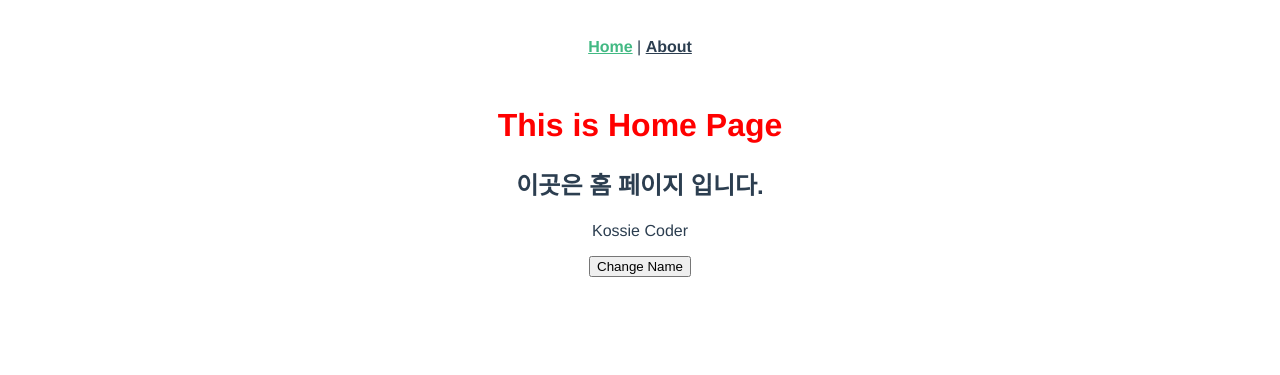
Repository: RyuGeunHwan/code_J
Page: / (app in vue-props/)
The author's editor kept a copy of each file at every save. The page is drawn from the files as they stood at one save, then again after the next save.
The browser window is 1280 px wide. The pictures show the whole page.
The project was rebuilt for these pictures with package versions that can differ from the ones it lists, and the page was loaded fresh each time.

Above is the page before, as saved 2022-08-12 08:33:56.

After the next save:
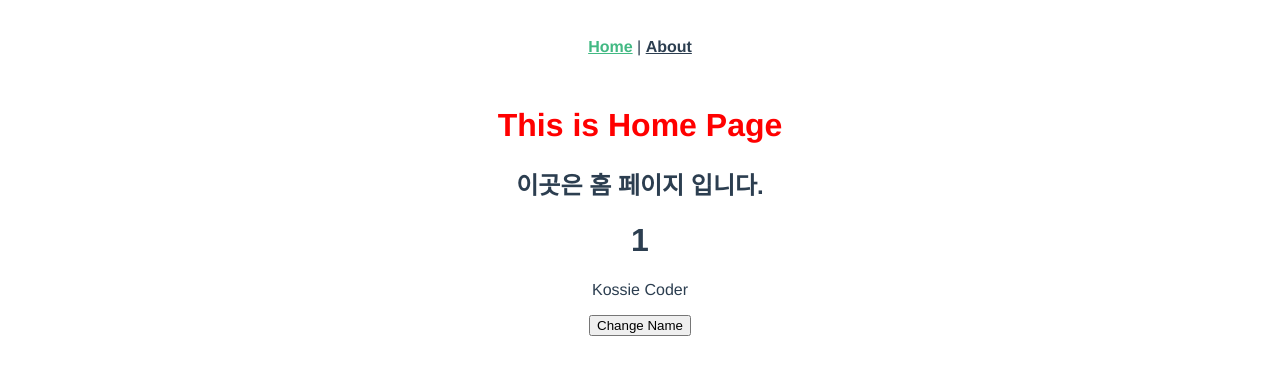
Saved 34 s later.
--- a/vue-props/src/views/Home.vue
+++ b/vue-props/src/views/Home.vue
@@ -3,7 +3,7 @@
   <div>
     <h1>This is Home Page</h1>
     <h2>이곳은 홈 페이지 입니다.</h2>
-    <KossieCoder />
+    <KossieCoder title="1"/>
   </div>
 </template>
 
